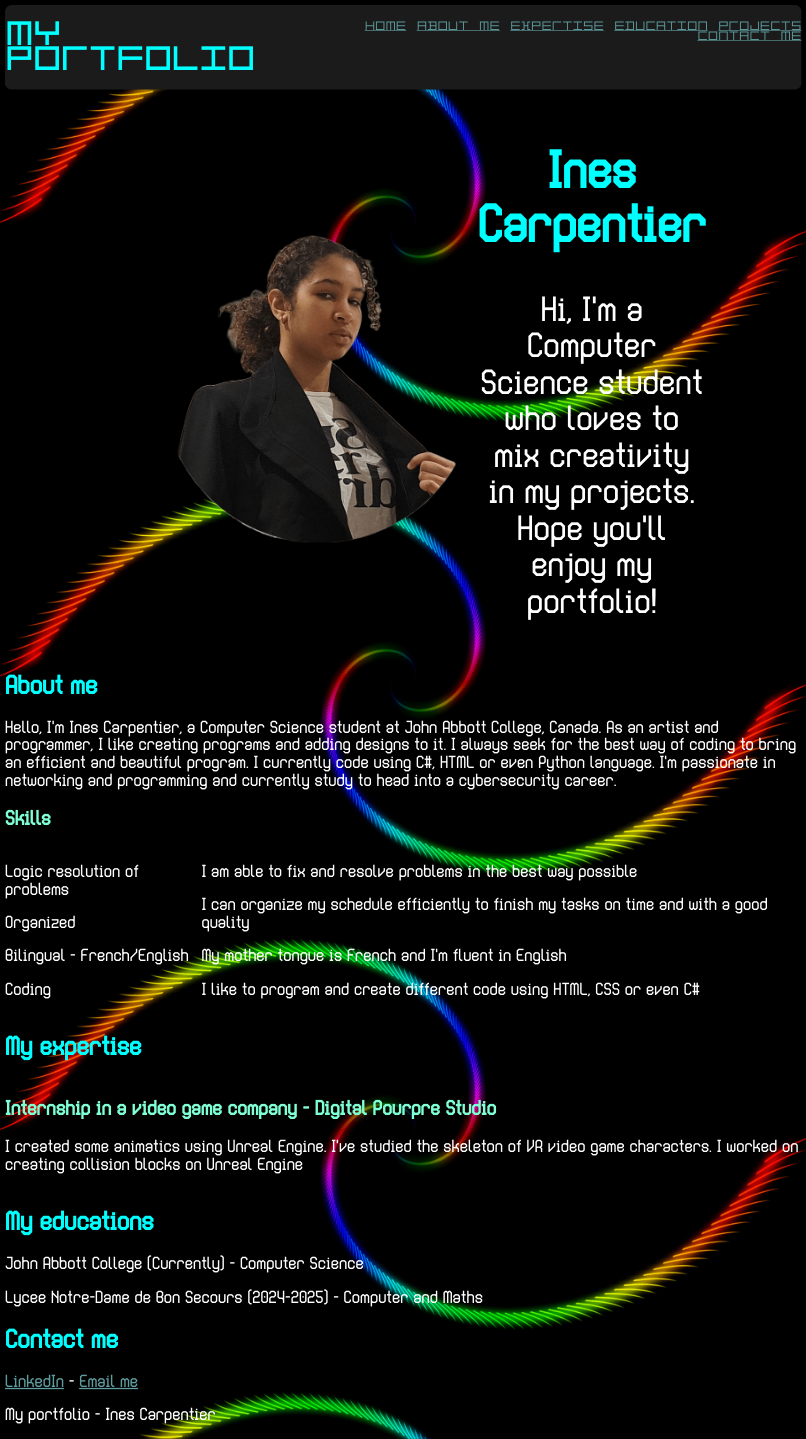
Repository: InsCarp/InsCarp
Page: index.html
The author's editor kept a copy of each file at every save. The page is drawn from the files as they stood at one save, then again after the next save.
The browser window is 1280 px wide. The pictures show the whole page, at 63% of full size.
Backgrounds fixed to the window are drawn as part of the page.

Above is the page before, as saved 2026-05-12 08:56:15.

### index.html
<!DOCTYPE html>
<html lang="en">
<head>
    <meta charset="UTF-8">
    <meta name="viewport" content="width=device-width, initial-scale=1.0">
    <link rel="icon" href="/assets/images/Logo.svg" type="image/svg" />
    <link rel="stylesheet" href="/styles/globals.css" type="text/css"/>
    <link rel="stylesheet" href="/styles/index.css" type="text/css"/>

    <title>Portfolio - Ines Carpentier</title>
</head>
<header>
    <h1 id="Title">My portfolio</h1>
    <nav>
        <a href="index.html">Home</a>
        <a href="#About">About me</a>
        <a href="#Expertise">Expertise</a>
        <a href="#Education">Education</a>
        <a href="project.html">Projects</a> <!--Put my project page here-->
        <a href="#Contact">Contact me</a>
    </nav>
</header>
<body>
    <div class="Intro">
        <article>
            <img
               src="/assets/images/me.png" id="Me" alt="My image"/>
        </article>
        <article id="intro">
            <h2>Ines Carpentier</h2>
            <p>Hi, I'm a Computer Science student who loves to mix creativity in my projects.
                Hope you'll enjoy my portfolio!</p>
        </article>
    </div>

        <h2 id="About">About me</h2>
        <p>Hello, I'm Ines Carpentier, a Computer Science student at John Abbott College, Canada. As an artist and programmer, I like creating programs and adding designs to it. I always seek for the
             best way of coding to bring an efficient and beautiful program. I currently code using C#, HTML or even Python language. I'm passionate in networking and programming and currently study to head into a cybersecurity career.</p>
        <h3>Skills</h3>
        <section class="Skills">
            <article>
            <p>Logic resolution of problems</p>
            <p>Organized</p>
            <p>Bilingual - French/English</p>
            <p>Coding</p>
        </article>
        <article>
            <p>I am able to fix and resolve problems in the best way possible</p>
            <p>I can organize my schedule efficiently to finish my tasks on time and with a good quality</p>
            <p>My mother tongue is French and I'm fluent in English</p>
            <P>I like to program and create different code using HTML, CSS or even C#</P>
        </article>
        </section>


        <h2 id="Expertise">My expertise</h2>
        <section>
            <article>
            <h3>Internship in a video game company - Digital Pourpre Studio</h3>
            <p>I created some animatics using Unreal Engine. I've studied the skeleton of VR video game characters. I worked on creating collision blocks on Unreal Engine</p>
        </article>
        </section>


        <h2 id="Education">My educations</h2>
        <p>John Abbott College (Currently) - Computer Science
        </p>
        <p>Lycee Notre-Dame de Bon Secours (2024-2025) - Computer and Maths</p>


        <h2 id="Contact">Contact me</h2>
        <p><a href="https://www.linkedin.com/in/ines-carpentier-690b8b387/" target="blank">LinkedIn</a> - <a href="mailto:carpentierines4@gmail.com">Email me</a></p>

</body>
<footer>
    <p>My portfolio - Ines Carpentier</p>
</footer>
</html>

### styles/globals.css
@font-face {
    font-family: Title;
    src: url(/assets/fonts/Y224-2vdae.ttf);
}
@font-face {
    font-family: Portfolio;
    src: url(/assets/fonts/Eightgon-OGn6p.ttf);
}

html{
    font-size:25px;
}

a {
    color:cadetblue;
}

a:visited{
    color:aquamarine;
}
a:hover{
    color:greenyellow;
}
a:active{
    color:yellow;
}

body{
    background-color:rgb(0, 2, 36);
    color:rgb(255, 255, 255);
    background-image: url(../assets/images/back.gif);
    background-size: cover;
    background-repeat: no-repeat;
    background-attachment: fixed;
    font-family: Portfolio;
}




h1, h2{
    color:aqua;

}

h3{
    color:aquamarine;
}


header {

    display: flex;

    flex-direction: row;
    font-family: Title;
    justify-content: space-between;
    background-color:rgb(27, 27, 27);
    border-radius: 10px;
    font-size:0.8rem;


}
nav{
    display:none;
}


@media only screen and (min-width: 800px){
    header {
    display: flex;
    flex-direction: row;
    font-family: Title;
    justify-content: space-between;

}
nav{
    text-align:right;
    display:initial;
    font-size:0.4rem;
    margin-top:8%;


}
}

@media only screen and (min-width: 1200px){
    header {
    display: flex;
    flex-direction: row;
    font-family: Title;
    justify-content: space-between;



}
nav{
    text-align:right;
    display:initial;
    font-size:0.6rem;
    margin-top:2%;



}
}

### styles/index.css
.Intro{
    margin-top: 1rem;
    display:flex;
    flex-direction: column;
    align-items: center;
}

#intro{

    text-align: center;
    font-size:2rem;

}

#Me{
    margin-top: 1rem;
    width:15rem;
}


@media only screen and (min-width: 800px){
    .Intro{
    margin-top: 1rem;
    display:flex;
    flex-direction: row;
    justify-content: space-between;
}

#intro{

    text-align: center;
    font-size:2rem;
    width: 20rem;
    margin-right: 10rem;
}

#Me{
    margin-left:10rem;
    width:20rem;
}
}


section{
    display: flex;
    flex-direction:row;
    justify-content: space-between;
}

After the next save:
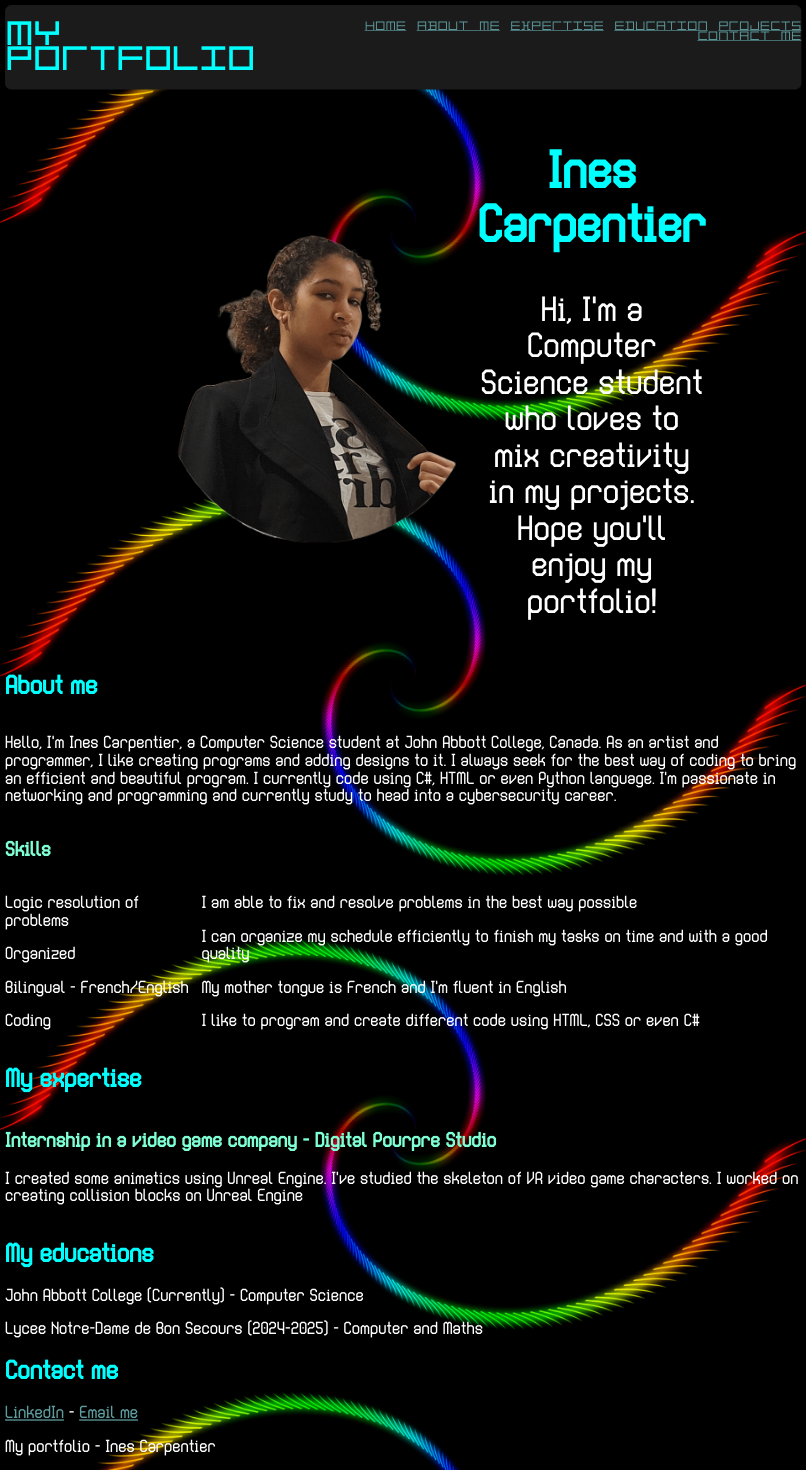
Saved 3 min 26 s later.
--- a/index.html
+++ b/index.html
@@ -34,8 +34,11 @@
     </div>
 
         <h2 id="About">About me</h2>
-        <p>Hello, I'm Ines Carpentier, a Computer Science student at John Abbott College, Canada. As an artist and programmer, I like creating programs and adding designs to it. I always seek for the
-             best way of coding to bring an efficient and beautiful program. I currently code using C#, HTML or even Python language. I'm passionate in networking and programming and currently study to head into a cybersecurity career.</p>
+        <section>
+            <p>Hello, I'm Ines Carpentier, a Computer Science student at John Abbott College, Canada. As an artist and programmer, I like creating programs and adding designs to it. I always seek for the
+             best way of coding to bring an efficient and beautiful program. I currently code using C#, HTML or even Python language. I'm passionate in networking and programming and currently study to head into a cybersecurity career.
+            </p>
+        </section>
         <h3>Skills</h3>
         <section class="Skills">
             <article>
